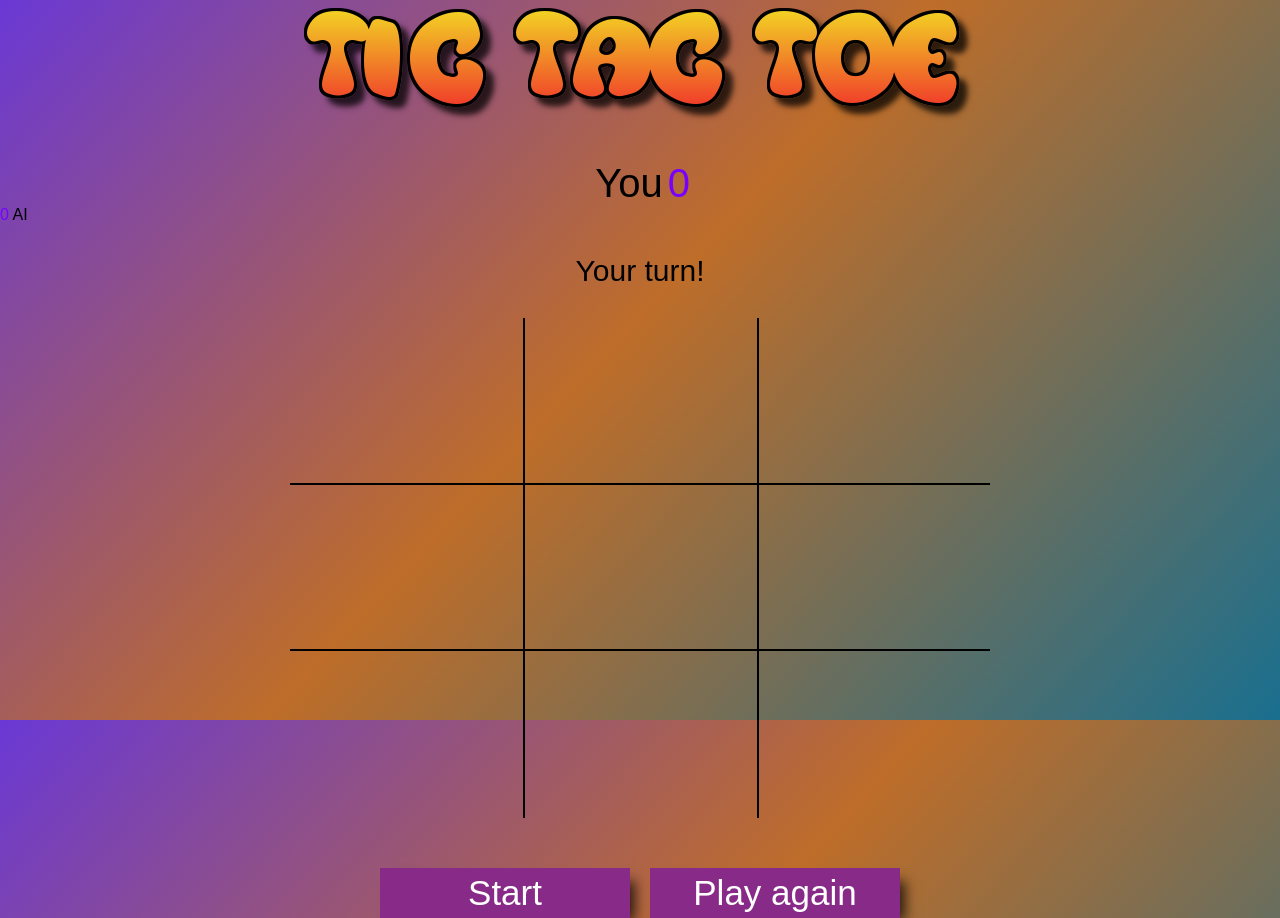
Repository: malx9/Project--5---Tic-Tac-Toe-with-AI
Page: index.html
These files come from the project's save history. The page is drawn as it stood at one moment and after the next save; the edit follows.
The browser window is 1280 px wide. The pictures show the whole page.
Some web fonts or font styles are not loaded; a fallback is used.

Above is the page before, as saved 2023-12-25 18:09:30.

### index.html
<!DOCTYPE html>
<html lang="en">
  <head>
    <meta charset="UTF-8" />
    <meta name="viewport" content="width=device-width, initial-scale=1.0" />
    <link rel="stylesheet" href="styles.css" />
    <title>Tic Tac Toe</title>
  </head>
  <body>
    <header>
      <img class="logo" src="images/logo.png" />
    </header>
    <main>
      <div class="scoreboard">
        <div class="scoreboard__human"></div>
        <span class="scoreboard__players">You</span>
        <span class="scoreboard__score">0</span>
      </div>
        <span></span>
        <span class="scoreboard__score">0</span>
        <span class="scoreboard__players">AI</span>
      </div>
      <div class="current--player">
        <p class="current--player--information">Your turn!</p>
      </div>
      <div class="game--board">
        <div class="square square-1"></div>
        <div class="square square-2"></div>
        <div class="square square-3"></div>
        <div class="square square-4"></div>
        <div class="square square-5"></div>
        <div class="square square-6"></div>
        <div class="square square-7"></div>
        <div class="square square-8"></div>
        <div class="square square-9"></div>
      </div>
      <div class="game--options">
        <button class="game--options__button game--options__start">
          Start
        </button>
        <button class="game--options__button game--options__play">
          Play again
        </button>
      </div>
    </main>
  </body>
</html>

### styles.css
@import url("https://fonts.googleapis.com/css2?family=Concert+One&display=swap");

html {
  height: 100%;
  margin: 0;
  font-family: "Concert One", sans-serif;
}

body {
  margin: 0;
  background: rgb(106, 56, 213);
  background: linear-gradient(
    133deg,
    rgba(106, 56, 213, 1) 0%,
    rgba(190, 109, 41, 1) 48%,
    rgba(25, 111, 143, 1) 100%
  );
}

.logo {
  display: block;
  margin-left: auto;
  margin-right: auto;
  margin-bottom: 30px;
}

.scoreboard {
  display: flex;
  justify-content: center;
  gap: 5px;
  font-size: 40px;
}

.scoreboard__score {
  color: rgb(119, 0, 255);
}

.current--player {
  display: flex;
  justify-content: center;
  align-items: center;
  font-size: 30px;
}

.game--board {
  display: grid;
  grid-template-columns: repeat(3, 1fr);
  grid-template-rows: repeat(3, 1fr);
  width: 700px;
  height: 500px;
  margin: auto;
}

.square {
  background-color: transparent;
  border: 2px solid #000000;
  border-top: 0;
  border-right: 0;
}

.square-7,
.square-8,
.square-9 {
  border-bottom: 0;
}

.square-1,
.square-4,
.square-7 {
  border-left: 0;
}

.game--options {
  display: flex;
  justify-content: center;
  align-items: center;
  gap: 20px;
  margin-top: 50px;
}

.game--options__button {
  width: 250px;
  height: 50px;
  background-color: rgb(136, 43, 136);
  border-style: solid;
  border: 0;
  font-size: 35px;
  color: rgb(255, 255, 255);
  font-family: "Concert One", sans-serif;
  box-shadow: 10px 8px 12px -5px rgba(0, 0, 0, 0.75);
}

After the next save:
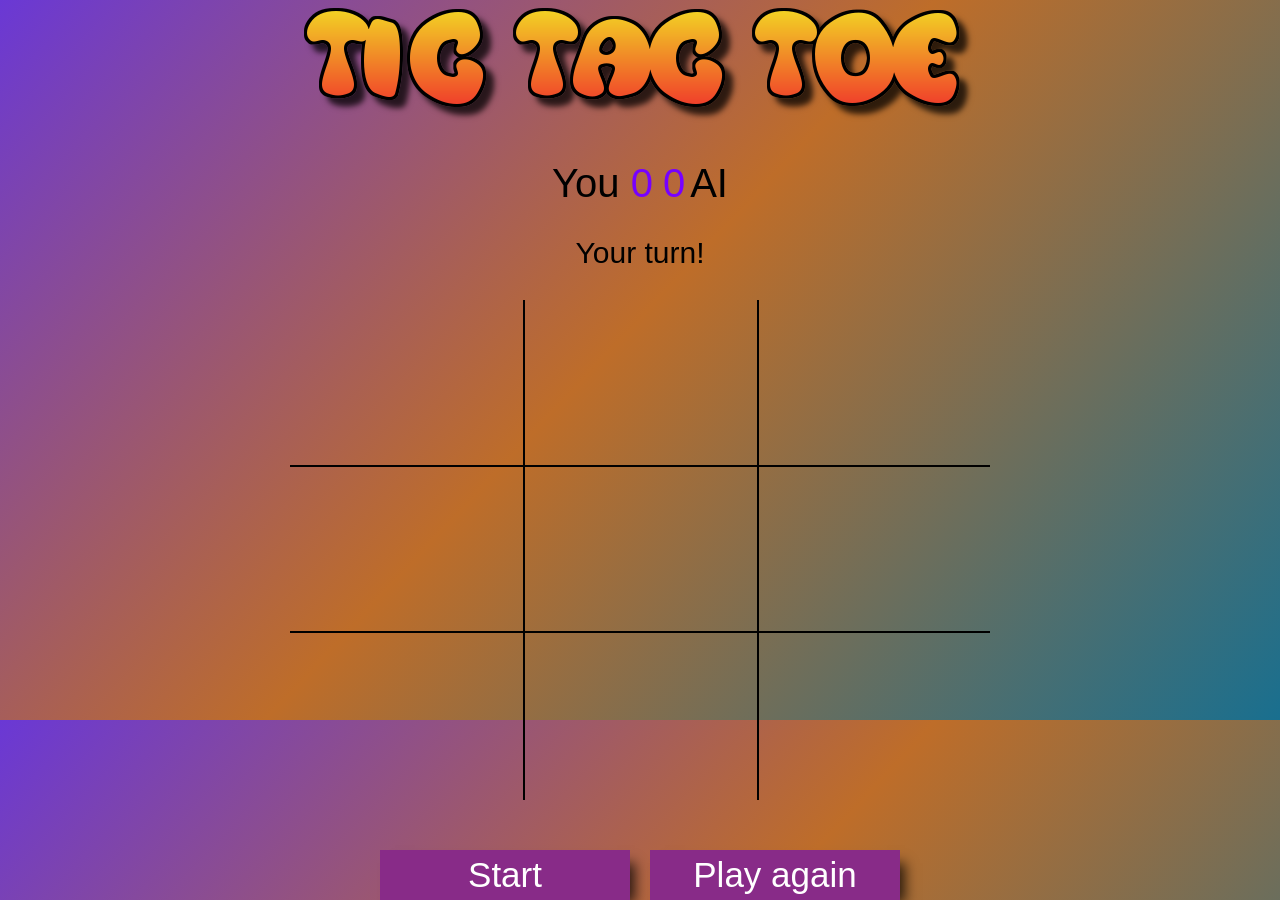
Saved 11 s later.
--- a/index.html
+++ b/index.html
@@ -12,10 +12,10 @@
     </header>
     <main>
       <div class="scoreboard">
-        <div class="scoreboard__human"></div>
-        <span class="scoreboard__players">You</span>
-        <span class="scoreboard__score">0</span>
-      </div>
+        <div class="scoreboard__human">
+          <span class="scoreboard__players">You</span>
+          <span class="scoreboard__score">0</span>
+        </div>
         <span></span>
         <span class="scoreboard__score">0</span>
         <span class="scoreboard__players">AI</span>
